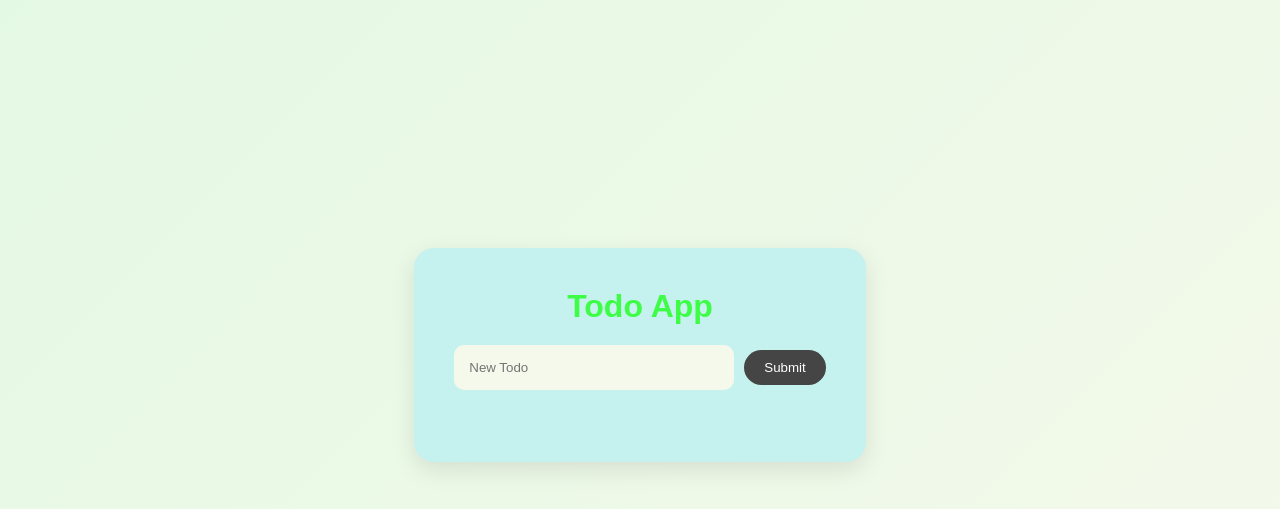
Repository: Subhadeep2609/Todo_React
Page: /
The author's editor kept a copy of each file at every save. The page is drawn from the files as they stood at one save, then again after the next save.
The browser window is 1280 px wide. The pictures show the whole page.
The pointer rests on the first visible `.heading`.
The project was rebuilt for these pictures with package versions that can differ from the ones it lists, and the page was loaded fresh each time. Also part of the build but not shown: vite.config.js.

Above is the page before, as saved 2025-09-04 13:49:51.

### src/index.css
/* Reset */
* {
  padding: 0;
  margin: 0;
  box-sizing: border-box;
}

body {
  background: linear-gradient(135deg, #e4f9e4, #f5f9eb);
  height: 100vh;
  display: flex;
  justify-content: center;
  align-items: center;
  font-family: "Poppins", sans-serif;
}
.heading{
  /* font-size:20px; */
  text-align: center;
  margin-bottom: 20px;
  color:#2e7d32;
}
.heading:hover{
  color:#3dfd46
}
/* Container */
.container {
  background: #c5f1ee;
  padding: 40px;
  border-radius: 20px;
  box-shadow: 0 8px 25px rgba(0, 0, 0, 0.1);
  min-width: 400px;
  transition: transform 0.3s ease;
}

.container:hover {
  transform: translateY(-5px);
}

/* Input */
input {
  padding: 15px;
  border: none;
  outline: none;
  background: #f5f9eb;
  width: 280px;
  margin-right: 10px;
  border-radius: 10px;
  transition: box-shadow 0.3s ease;
}

input:focus {
  box-shadow: 0 0 8px rgba(0, 150, 136, 0.4);
}

/* Button */
button {
  border-radius: 100px;
  background: #454545;
  padding: 10px 20px;
  outline: none;
  border: none;
  color: #fff;
  cursor: pointer;
  font-weight: 500;
  transition: all 0.3s ease;
}

button:hover {
  background: #2e7d32;
  transform: scale(1.05);
}

/* Todos List */
.todos-list {
  margin-top: 2rem;
  animation: fadeIn 0.6s ease-in-out;
}

/* Todo Item */
.todo {
  list-style: none;
  display: flex;
  justify-content: space-between;
  align-items: center;
  background: #f5f9eb;
  padding: 12px 20px;
  margin: 10px 0;
  border-radius: 12px;
  box-shadow: 0 4px 12px rgba(0, 0, 0, 0.05);
  animation: slideIn 0.4s ease forwards;
  opacity: 0;
}

/* Appear animation */
@keyframes slideIn {
  from {
    transform: translateY(15px);
    opacity: 0;
  }
  to {
    transform: translateY(0);
    opacity: 1;
  }
}

/* Fade in */
@keyframes fadeIn {
  from {
    opacity: 0;
  }
  to {
    opacity: 1;
  }
}

/* Close button */
.close {
  padding: 6px 12px;
  cursor: pointer;
  border-radius: 50%;
  background: #ff5252;
  color: white;
  border: none;
  transition: all 0.3s ease;
}

.close:hover {
  background: #d32f2f;
  transform: rotate(90deg);
}

### src/App.jsx
import Todo from "./components/Todo"


function App() {


  return (
    <div>
      <Todo/>
    </div>
  )
}

export default App

### src/components/Todo.jsx
import { useState } from "react";
import "../index.css";

const Todo = () => {
  const [todos, setTodos] = useState([]);
  const [input, setInput] = useState("");

  const handleSubmit = () => {
    if (!input.trim()) return; // prevent empty todo

    setTodos((prev) => [
      ...prev,
      { text: input, id: Date.now() }, // unique id
    ]);
    setInput("");
  };

  const removeTodo = (id) =>
    setTodos((prev) => prev.filter((t) => t.id !== id));

  const handleKeyDown = (e) => {
    if (e.key === "Enter") handleSubmit();
  };

  return (

    <div className="container">
        <h1 className="heading">Todo App</h1>
      <input
        type="text"
        placeholder="New Todo"
        value={input}
        onChange={(e) => setInput(e.target.value)}
        onKeyDown={handleKeyDown}
      />

      <button type="button" onClick={handleSubmit}>
        Submit
      </button>

      <ul className="todos-list">
        {todos.map(({ text, id }) => (
          <li className="todo" key={id}>
            <span>{text}</span>
            <button
              type="button"
              className="close"
              onClick={() => removeTodo(id)}
            >
              X
            </button>
          </li>
        ))}
      </ul>
    </div>
  );
};

export default Todo;

Loaded but not shown: index.html (common file); src/main.jsx (common file)

After the next save:
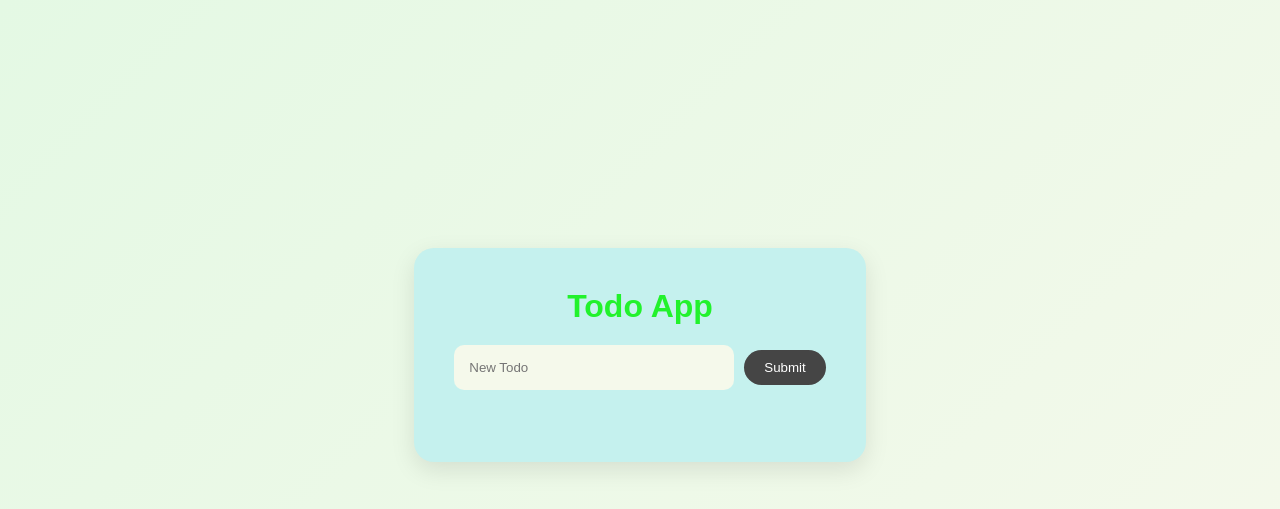
Saved 6 s later.
--- a/src/index.css
+++ b/src/index.css
@@ -20,7 +20,7 @@ body {
   color:#2e7d32;
 }
 .heading:hover{
-  color:#3dfd46
+  color:#22f22c
 }
 /* Container */
 .container {
